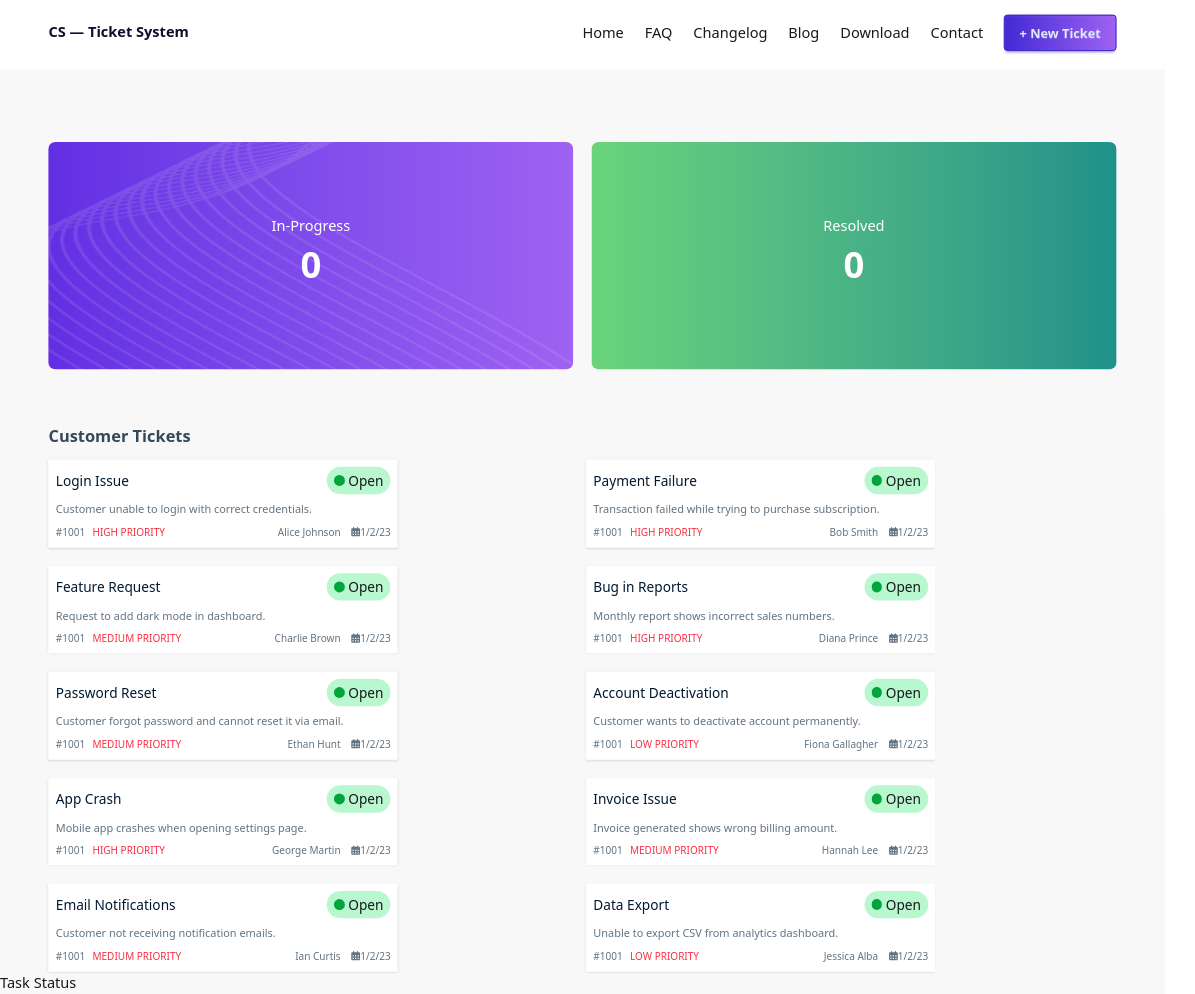
Repository: SanjidaSnigdha/Customer-Support-Zone
Page: /
An editor plug-in stored every save of this project. The page is shown before and after the next save, followed by the edit.
The browser window is 1280 px wide. The page is 1280 px wide, then 1313 px, then 1280 px, so the pictures cover 1313 px, including what lies to the right of the window. The pictures show the whole page, at 91% of full size.
The project was rebuilt for these pictures with package versions that can differ from the ones it lists, and the page was loaded fresh each time. Also part of the build but not shown: vite.config.js, src/App.css.

Above is the page before, as saved 2026-04-01 12:41:40.

After the next save:
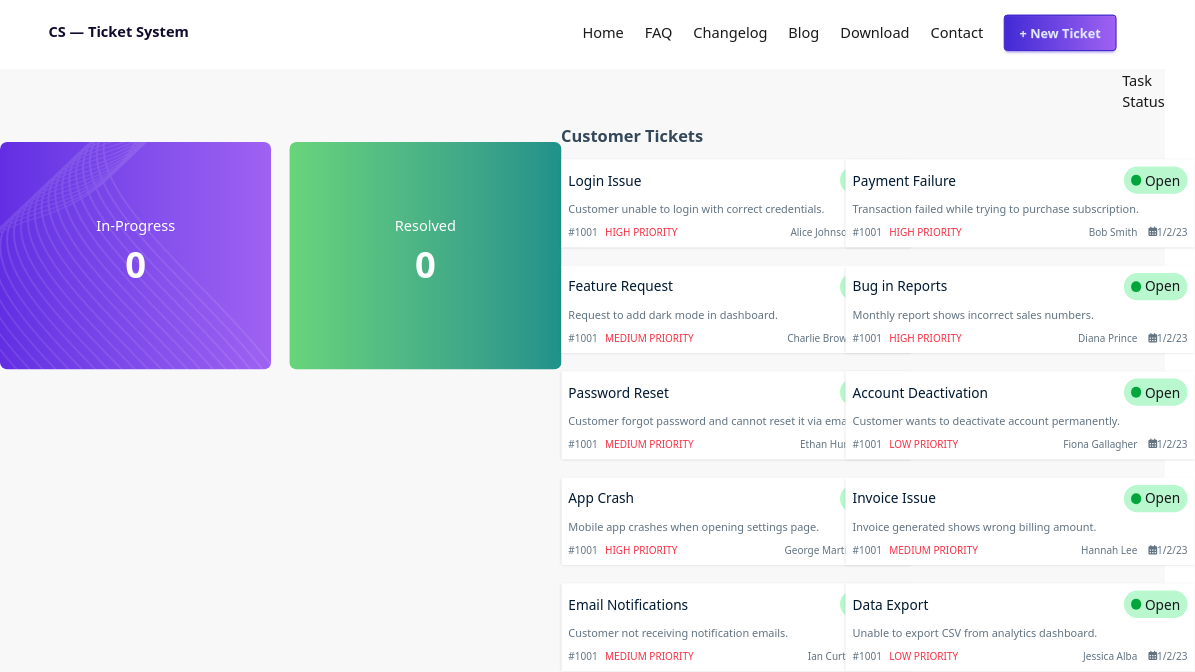
Saved 22 s later.
--- a/src/App.jsx
+++ b/src/App.jsx
@@ -17,7 +17,7 @@
     <>
     <div className='flex flex-col'>
    <Navbar></Navbar>
-   <div className='bg-base-200 mt-5'>
+   <div className='flex bg-base-200 mt-5'>
     <Banner></Banner>
     <Suspense fallback={<span className="loading loading-spinner loading-xl"></span>
 }>

After the save that followed:
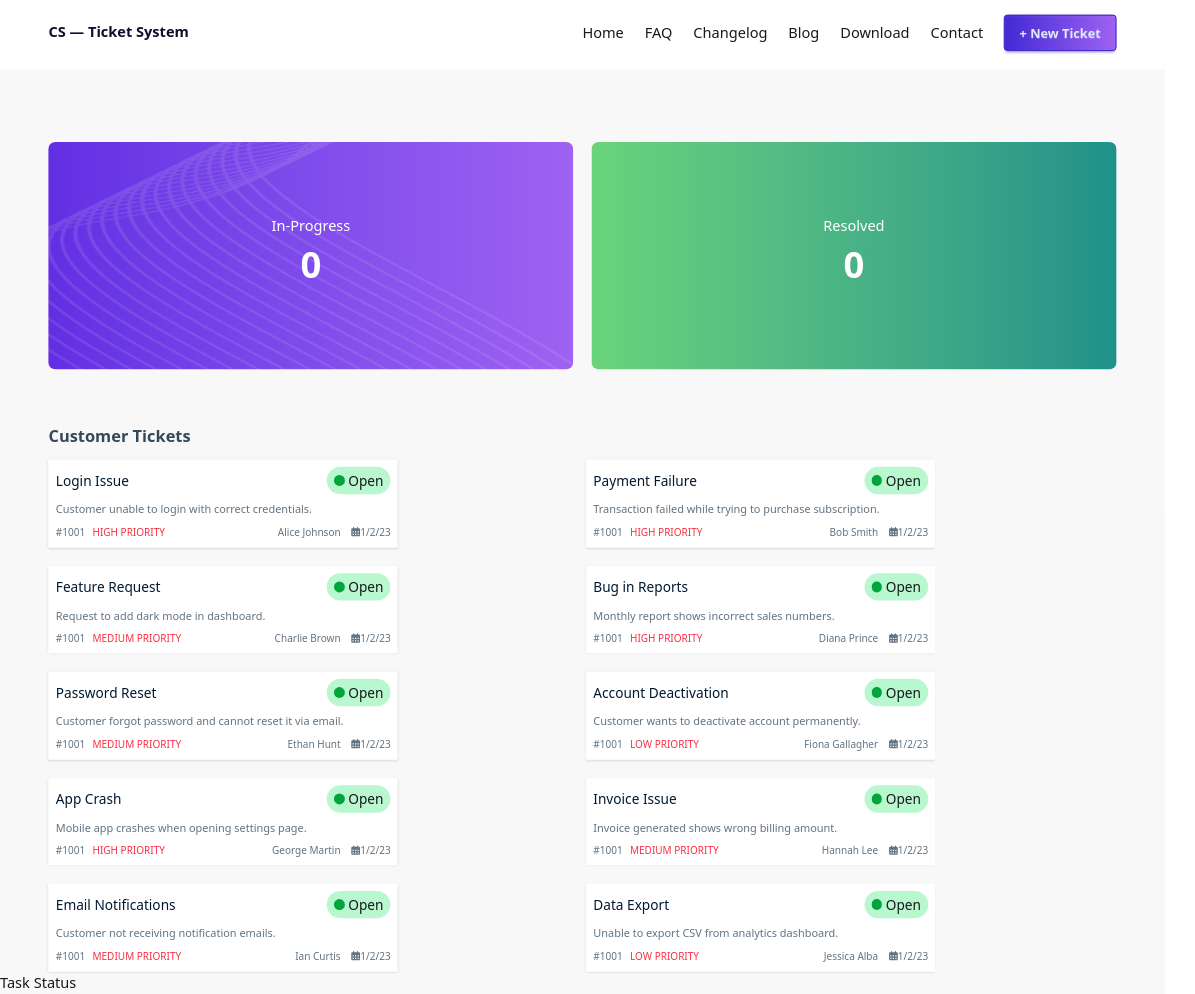
Saved 31 s later.
--- a/src/App.jsx
+++ b/src/App.jsx
@@ -17,7 +17,7 @@
     <>
     <div className='flex flex-col'>
    <Navbar></Navbar>
-   <div className='flex bg-base-200 mt-5'>
+   <div className='flex-1 bg-base-200 mt-5'>
     <Banner></Banner>
     <Suspense fallback={<span className="loading loading-spinner loading-xl"></span>
 }>
